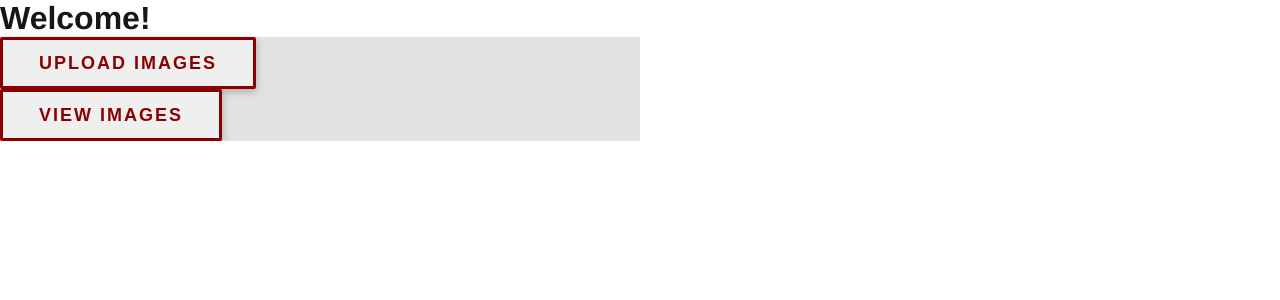
Repository: EricRobertCampbell/palaeo-fossil-classifier
Page: /dashboard (app in palaeo-fossil-classifier/)
An editor plug-in stored every save of this project. The page is shown before and after the next save, followed by the edit.
The browser window is 1280 px wide. The pictures show the whole page.
Some web libraries are served in a nearby version. The project was rebuilt for these pictures with package versions that can differ from the ones it lists, and the page was loaded fresh each time. The framework's server and built-in components were replaced by stand-ins that run in the browser. Also part of the build but not shown: palaeo-fossil-classifier/next.config.ts, palaeo-fossil-classifier/app/admin.tsx, palaeo-fossil-classifier/app/classify.tsx.

Above is the page before, as saved 2024-11-30 14:46:57.

### palaeo-fossil-classifier/app/dashboard/page.tsx
"use client";
import React from "react";
import styles from "./page.module.css";
import { useState } from "react";
import Admin from "../admin";
import Classify from "../classify";

export default function dashboard() {
  const [component1, setComponent1] = useState(false);
  const [component2, setComponent2] = useState(false);

  const handleAdmin = () => {
    setComponent1(true);
    setComponent2(false);
  };
  const handleClasify = () => {
    setComponent2(true);
    setComponent1(false);
  };

  return (
    <div>
      <h1>Welcome!</h1>
      <div className={styles.area}>
        <nav className={styles.left}>
          <ul>
            <li className="">
              <button
                className={styles.button}
                onClick={() => {
                  handleAdmin();
                }}
              >
                <span className="nav-text">Upload Images</span>
              </button>
            </li>
            <li className="">
              <button
                className={styles.button}
                onClick={() => {
                  handleClasify();
                }}
              >
                <span className="nav-text">View Images</span>
              </button>
            </li>
          </ul>
        </nav>
        <div className={styles.right}>
          <div className={styles.component}>
            {component1 ? <Admin /> : <></>}
          </div>
          <div className={styles.component}>
            {component2 ? <Classify /> : <></>}
          </div>
        </div>
      </div>
    </div>
  );
}

### palaeo-fossil-classifier/app/globals.css
:root {
  --background: #ffffff;
  --foreground: #171717;
}

@media (prefers-color-scheme: dark) {
  :root {
    --background: #0a0a0a;
    --foreground: #ededed;
  }
}

html,
body {
  max-width: 100vw;
  overflow-x: hidden;
}

body {
  color: var(--foreground);
  background: var(--background);
  font-family: Helvetica;
  -webkit-font-smoothing: antialiased;
  -moz-osx-font-smoothing: grayscale;
}

* {
  box-sizing: border-box;
  padding: 0;
  margin: 0;
}

a {
  color: inherit;
  text-decoration: none;
}

@media (prefers-color-scheme: dark) {
  html {
    color-scheme: dark;
  }
}

### palaeo-fossil-classifier/app/dashboard/page.module.css
@import url(//netdna.bootstrapcdn.com/font-awesome/4.0.3/css/font-awesome.css);

@import url(https://fonts.googleapis.com/css?family=Titillium+Web:300);



.grid{
    display: grid;
}

.area {
float: left;
background: #e2e2e2;
width: 50%;
height: 50%;
}

.component{
    display: inline;
}

.button {
    font-size: 18px;
    letter-spacing: 2px;
    text-transform: uppercase;
    display: inline-block;
    text-align: center;
    font-weight: bold;
    padding: 0.7em 2em;
    border: 3px solid #8b0000;
    border-radius: 2px;
    position: relative;
    box-shadow: 0 2px 10px rgba(0, 0, 0, 0.16), 0 3px 6px rgba(0, 0, 0, 0.1);
    color: #8b0000;
    text-decoration: none;
    transition: 0.3s ease all;
    z-index: 1;
  }

  .button:before {
    transition: 0.5s all ease;
    position: absolute;
    top: 0;
    left: 50%;
    right: 50%;
    bottom: 0;
    opacity: 0;
    content: '';
    background-color: #8b0000;
    z-index: -1;
  }

  .button:hover, .button:focus {
    color: white;
  }

  .button:hover:before, .button:focus:before {
    transition: 0.5s all ease;
    left: 0;
    right: 0;
    opacity: 1;
  }

  .left{}

  .right{

  }

  .button:active {
    transform: scale(0.9);
  }

Loaded but not shown: palaeo-fossil-classifier/app/layout.tsx (common file)

After the next save:
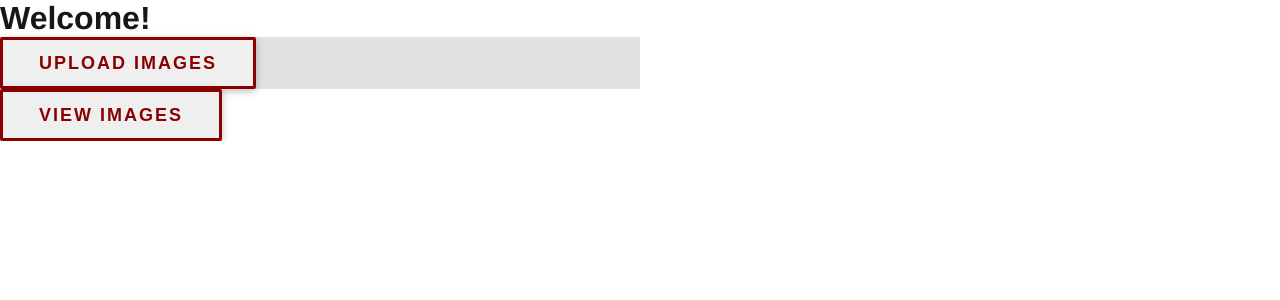
Saved 2 s later.
--- a/palaeo-fossil-classifier/app/dashboard/page.tsx
+++ b/palaeo-fossil-classifier/app/dashboard/page.tsx
@@ -19,7 +19,7 @@ export default function dashboard() {
   };
 
   return (
-    <div>
+    <div className={styles.grid}>
       <h1>Welcome!</h1>
       <div className={styles.area}>
         <nav className={styles.left}>
